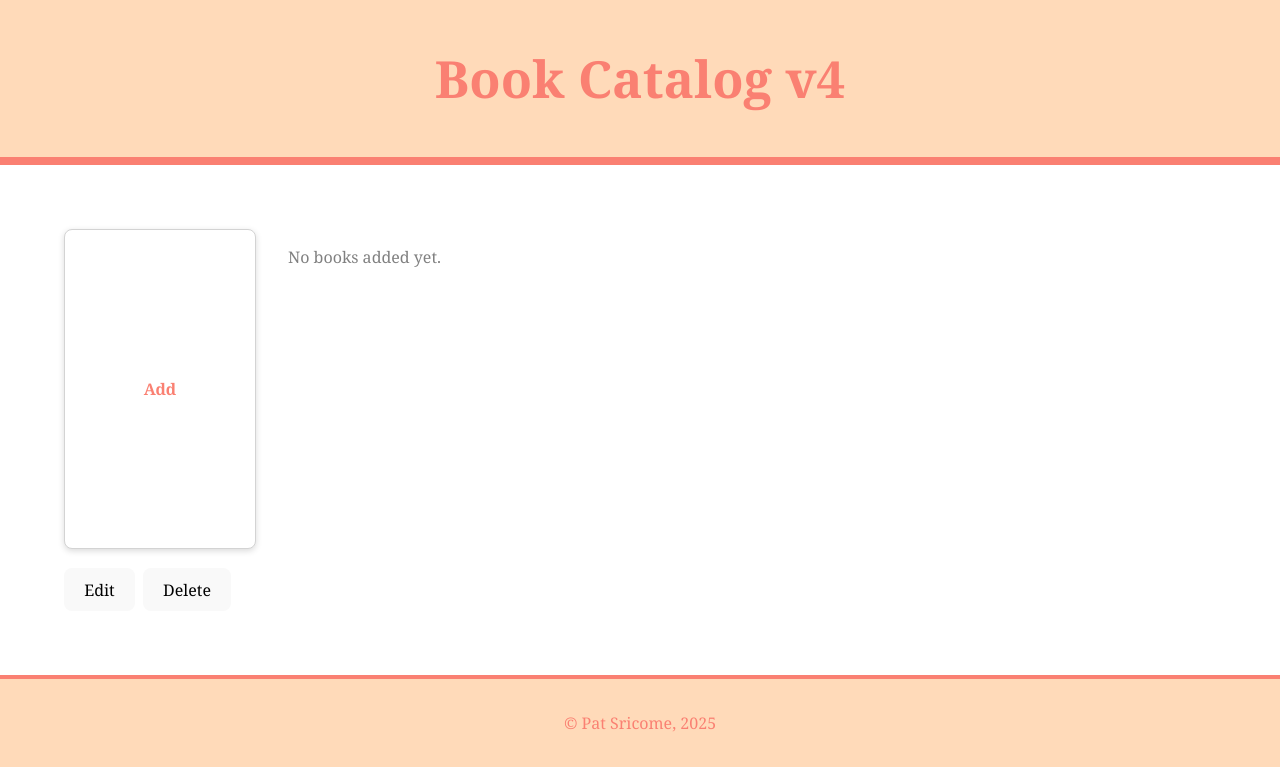
Repository: patcha-d3/book-catalog-v5
Page: /
The author's editor kept a copy of each file at every save. The page is drawn from the files as they stood at one save, then again after the next save.
The browser window is 1280 px wide. The pictures show the whole page.
The project was rebuilt for these pictures with package versions that can differ from the ones it lists, and the page was loaded fresh each time. Also part of the build but not shown: vite.config.js, src/book.jsx.

Above is the page before, as saved 2025-10-14 20:36:27.

### index.html
<!DOCTYPE html>
<html lang="en">
  <head>
    <meta charset="UTF-8" />
    <link rel="icon" type="image/svg+xml" href="/vite.svg" />
    <meta name="viewport" content="width=device-width, initial-scale=1.0" />
    <title>Pat's Rendering lists</title>
  </head>
  <body>
    <div id="root"></div>
    <script type="module" src="/src/main.jsx"></script>
  </body>
</html>

### src/App.jsx
// App.jsx
import { useState } from "react";
import "./App.css";
import Modal from "./components/Modal.jsx";
import AddBook from "./components/AddBook.jsx";
import Book from "./book.jsx";

function App() {
  // เริ่มต้นไม่มีหนังสือ
  const [books, setBooks] = useState([]);

  // toggle การเลือก (เลือกได้ทีละเล่ม)
  const toggleSelect = (isbn13) => {
    setBooks((prev) =>
      prev.map((book) =>
        book.isbn13 === isbn13
          ? { ...book, selected: !book.selected }
          : { ...book, selected: false }
      )
    );
  };

  // 🟢 เพิ่มหนังสือใหม่
  const handleAddBook = (newBook) => {
    const withDefaults = {
      ...newBook,
      isbn13: crypto.randomUUID(),
      selected: false,
      image: newBook.image || "https://via.placeholder.com/150x200?text=Book",
      price: newBook.price || "$0.00",
      url: newBook.url || "#",
    };
    setBooks((prev) => [...prev, withDefaults]);
  };

  // 🔴 ลบหนังสือที่เลือก
  const handleDeleteBook = () => {
    const selectedBook = books.find((b) => b.selected);
    if (!selectedBook) {
      alert("Please select a book to delete.");
      return;
    }
    setBooks((prev) => prev.filter((b) => b.isbn13 !== selectedBook.isbn13));
  };

  // 🟠 Update placeholder
  const handleUpdateBook = () => {
    const selectedBook = books.find((b) => b.selected);
    if (!selectedBook) {
      alert("Please select a book to update.");
      return;
    }
    alert("Update feature coming soon!");
  };

  return (
    <div className="app">
      <header className="app-header">
        <h1>Book Catalog v4</h1>
      </header>

      <main className="content">
        {/* --- ด้านซ้าย: Add / Update / Delete --- */}
        <div className="content-add">
          {/* ปุ่ม Add + modal */}
          <Modal btnLabel="Add" btnClassName="button-add">
            <AddBook onAdd={handleAddBook} />
          </Modal>

          {/* ปุ่ม Update / Delete */}
          <div className="action-buttons">
            <button className="button-update" onClick={handleUpdateBook}>
              Edit
            </button>
            <button className="button-delete" onClick={handleDeleteBook}>
              Delete
            </button>
          </div>
        </div>

        {/* --- ด้านขวา: แสดงหนังสือ --- */}
        <BookTile books={books} onSelect={toggleSelect} />
      </main>

      <footer className="footer">
        <p>© Pat Sricome, 2025</p>
      </footer>
    </div>
  );
}

// 🟣 Component แสดงหนังสือ
function BookTile({ books, onSelect }) {
  if (books.length === 0) {
    return (
      <div className="content-books">
        <p style={{ color: "gray" }}>No books added yet.</p>
      </div>
    );
  }

  return (
    <div className="content-books">
      {books.map((book) => (
        <Book
          key={book.isbn13}
          title={book.title}
          author={book.author}
          image={book.image}
          price={book.price}
          url={book.url}
          selected={book.selected}
          onSelect={() => onSelect(book.isbn13)}
        />
      ))}
    </div>
  );
}

export default App;

### src/App.css
* {
  font-family: Georgia, "Times New Roman", Times, serif;
}

*,
*::before,
*::after {
  box-sizing: border-box;
}

html {
  display: flex;
  flex-direction: column;
  margin: auto;
  background-color: white;
}

html,
body {
  margin: 0;
  padding: 0;
  background-color: white; /* พื้นหลังขาวล้วน */
}

.content > * {
  margin: 0;
}

.app {
  display: flex;
  flex-direction: column;
  min-height: 100vh; /* ให้ container สูงเต็มหน้าจอ */
  background-color: white;
}

.app-header {
  position: relative;
  top: 0;
  left: 0;
  z-index: 1000;
  width: 100vw;
  background-color: peachpuff;
  color: salmon;
  padding: 1em;
  border-bottom: 8px solid salmon;
  text-align: center;
}

.content {
  flex: 1;
  display: flex;
  flex-direction: row;
  gap: 2em;
  padding: 4em;
  background-color: white;
}

.content-add {
  flex: 0 0 auto;
}

.action-buttons {
  display: flex;
  flex-direction: row;
  gap: 0.5em;
  margin-top: 1.2em;
}

.button-add,
.card-book {
  display: flex;
  flex-direction: column;
  justify-content: center;
  align-items: center;
  min-width: 12em;
  height: 20em;
  border: 1px solid lightgrey;
  border-radius: 0.5em;
  background-color: #fff;
  transition: background-color 0.3s ease, color 0.3s ease;
}

.button-add {
  color: salmon;
  font-weight: bold;
}

.button-add h2 {
  font-size: 1.2em;
  font-weight: normal;
  color: grey;
}

.button-add:hover {
  background-color: salmon;
  color: white;
  border-color: salmon;
  font-weight: bold;
}

.button-add:hover h2 {
  color: white; /* make text readable on blue */
}

.content-books {
  display: flex;
  flex-wrap: wrap;
  justify-content: flex-start;
  gap: 2em;
  flex: 1;
}

.card-book div {
  margin: 0 auto;
}

.card-book {
  position: relative; /* ให้ปุ่ม x ยึดกับกรอบ card */
  display: flex;
  flex-direction: column;
  max-width: 12em;
  height: 20em;
  padding: 0.5em;
  border-radius: 0.5em;
  text-align: center;
  color: grey;
  background-color: white;
  overflow: hidden;
}

.card-book-image {
  flex: 0 0 auto;
  display: grid;
  place-items: center;
  max-width: 100%;
  max-height: 100%;
  margin: 0 auto;
}

.card-book-image img {
  width: 100%;
  height: 100%;
  object-fit: contain;
}

.card-book-body {
  display: flex;
  flex-direction: column;
  flex: 1; /* stretch body to take all available space */
}

.card-book-price {
  font-weight: bold;
  margin: 0.5em 0;
  color: #333;
}

.link-button {
  margin-top: auto; /* push button to bottom */
  width: 100%;
  background-color: salmon;
  color: white;
  padding: 0.5em 2.4em;
  text-align: center;
  text-decoration: none;
  font-weight: bold;
  border-radius: 8px;
  transition: background-color 0.3s ease, color 0.3s ease;
}

.link-button::hover {
  background-color: white;
  color: salmon;
}

@media (max-width: 480px) {
  .button-add,
  .card-book {
    max-width: 100%;
  }
}

.footer {
  bottom: 0;
  text-align: center;
  width: 100vw;
  background-color: peachpuff;
  color: salmon;
  padding: 1em;
  border-top: 4px solid salmon;
  margin-top: auto;
}

.card-book,
.button-add {
  box-shadow: 0 2px 6px rgba(0, 0, 0, 0.15);
  transition: box-shadow 0.3s ease, transform 0.3s ease;
}

.card-book:hover,
.button-add:hover {
  box-shadow: 0 4px 12px rgba(0, 0, 0, 0.35);
  transform: translateY(-5px);
}

.book-card span {
  display: inline-block;
  margin-left: 8px;
  font-weight: bold;
  cursor: pointer;
  color: red;
}

.btn-remove {
  font-family: Arial, Helvetica, sans-serif;
  position: absolute;
  top: 0;
  right: 0;
  display: inline-block;
  padding: 0 0.5em;
  background: #eee;
  cursor: pointer;
}

.btn-remove:hover {
  background: #db4141;
  color: white;
}

.form-container {
  padding: 0 3em;

  > form {
    padding: 2em;

    button {
      margin-left: 10em;
    }
  }
  .form-control {
    label {
      display: inline-block;
      width: 10em;
    }
    margin: 1em 0;
  }
}

dialog {
  background-color: white;
  color: #333;
}

dialog form {
  background-color: white;
  color: #333;
}

.card-book.selected {
  border: 3px solid salmon;
  transform: scale(1.02);
}

.book-title {
  font-size: 1rem;
  font-weight: bold;
  color: #333;
  margin: 0.5em 0 0 0;
}

.book-author {
  font-size: 0.9rem;
  color: #666;
  margin: 0.25em 0;
}

### src/components/Modal.jsx
import { useRef } from "react";

function Modal({ btnLabel, children, btnClassName }) {
  const modalRef = useRef();

  const openModal = () => modalRef.current.showModal();
  const closeModal = () => modalRef.current.close();

  return (
    <>
      <button onClick={openModal} className={btnClassName}>
        {btnLabel}
      </button>

      {/* ✅ ไม่มี <form> ครอบอีกแล้ว */}
      <dialog ref={modalRef}>
        <button
          onClick={closeModal}
          style={{
            position: "absolute",
            top: "10px",
            right: "10px",
            background: "transparent",
            border: "none",
            fontSize: "1.2rem",
            cursor: "pointer",
          }}
        >
          ✕
        </button>

        {/* ✅ render children ตรง ๆ (ซึ่งคือ <AddBook>) */}
        {children}
      </dialog>
    </>
  );
}

export default Modal;

### src/components/AddBook.jsx
import { useState } from "react";

function AddBook({ onAdd }) {
  const [formData, setFormData] = useState({
    title: "",
    author: "",
    publisher: "",
    year: "",
    language: "",
    pages: "",
    url: "",
  });

  const handleChange = (e) => {
    const { name, value } = e.target;
    setFormData((prev) => ({
      ...prev,
      [name]: value,
    }));
  };

  const handleSubmit = (e) => {
    e.preventDefault();

    if (!formData.title || !formData.author) {
      alert("Please enter at least a title and author.");
      return;
    }

    // ✅ ส่งข้อมูลกลับไป App.jsx
    onAdd(formData);

    // ✅ รีเซ็ตค่า
    setFormData({
      title: "",
      author: "",
      publisher: "",
      year: "",
      language: "",
      pages: "",
      url: "",
    });

    // ✅ ปิด dialog
    const dialog = document.querySelector("dialog");
    if (dialog) dialog.close();
  };

  return (
    <div className="form-container">
      <h2>Add New Book</h2>
      <form onSubmit={handleSubmit} className="modal-form">
        <div className="form-row">
          <label>Title</label>
          <input
            name="title"
            value={formData.title}
            onChange={handleChange}
            placeholder="Book title"
          />
        </div>

        <div className="form-row">
          <label>Author</label>
          <input
            name="author"
            value={formData.author}
            onChange={handleChange}
            placeholder="Author name"
          />
        </div>

        <div className="form-row">
          <label>Publisher</label>
          <input
            name="publisher"
            value={formData.publisher}
            onChange={handleChange}
            placeholder="Publisher"
          />
        </div>

        <div className="form-row">
          <label>Publication Year</label>
          <input
            name="year"
            type="number"
            value={formData.year}
            onChange={handleChange}
            placeholder="Publication Year"
          />
        </div>

        <div className="form-row">
          <label>Language</label>
          <input
            name="language"
            value={formData.language}
            onChange={handleChange}
            placeholder="Language"
          />
        </div>

        <div className="form-row">
          <label>Pages</label>
          <input
            name="pages"
            type="number"
            value={formData.pages}
            onChange={handleChange}
            placeholder="Pages"
          />
        </div>

        <div className="form-row">
          <label>Url Link (cover image)</label>
          <input
            name="url"
            value={formData.url}
            onChange={handleChange}
            placeholder="e.g. https://example.com"
          />
        </div>

        <div className="modal-buttons">
          <button type="submit" className="btn primary">
            Save
          </button>
          <button
            type="button"
            onClick={() => {
              const dialog = document.querySelector("dialog");
              if (dialog) dialog.close();
            }}
          >
            Cancel
          </button>
        </div>
      </form>
    </div>
  );
}

export default AddBook;

Loaded but not shown: src/main.jsx (common file); src/index.css (common file)

After the next save:
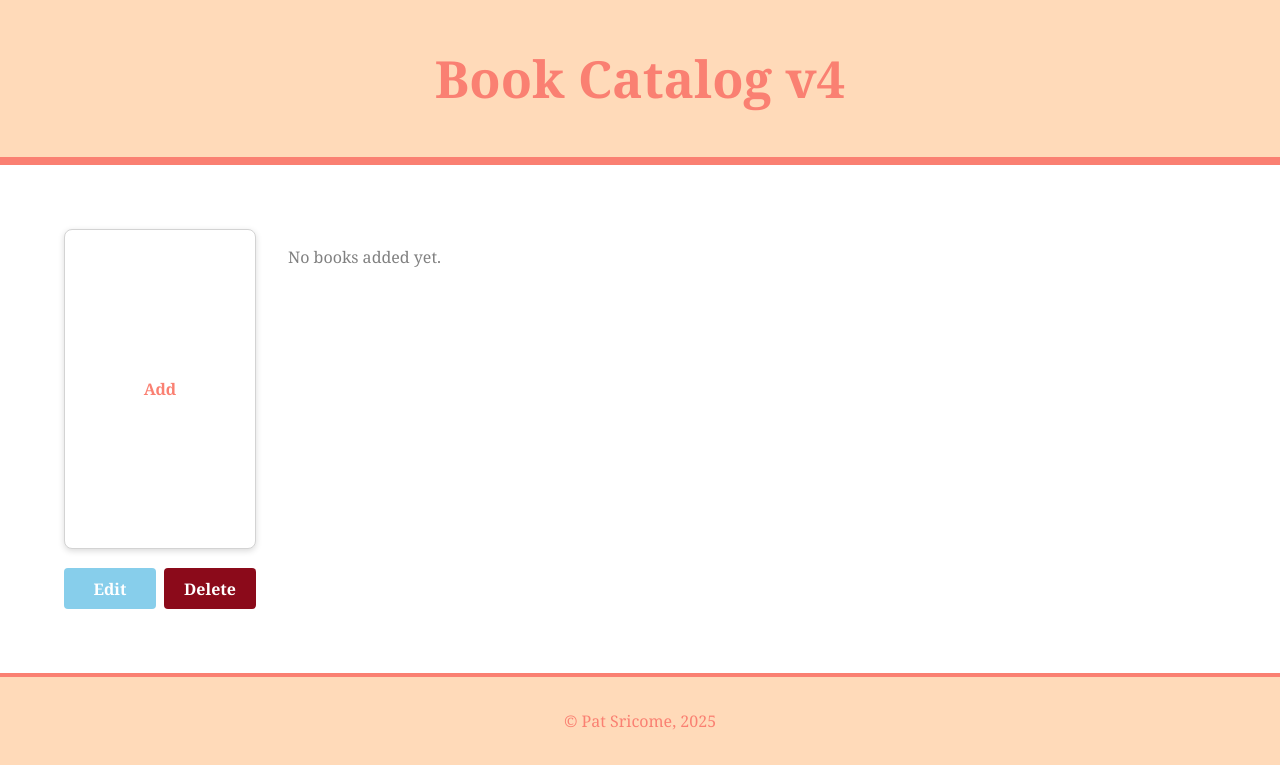
Saved 108 s later.
--- a/src/App.css
+++ b/src/App.css
@@ -273,3 +273,22 @@ dialog form {
   color: #666;
   margin: 0.25em 0;
 }
+
+.button-update,
+.button-delete {
+  width: 100%;
+  padding: 0.6em 0;
+  font-weight: bold;
+  border: none;
+  color: white;
+  cursor: pointer;
+  border-radius: 4px;
+}
+
+.button-update {
+  background-color: skyblue;
+}
+
+.button-delete {
+  background-color: #8b0a1a; /* สีแดงเข้มแบบ Rosie */
+}
